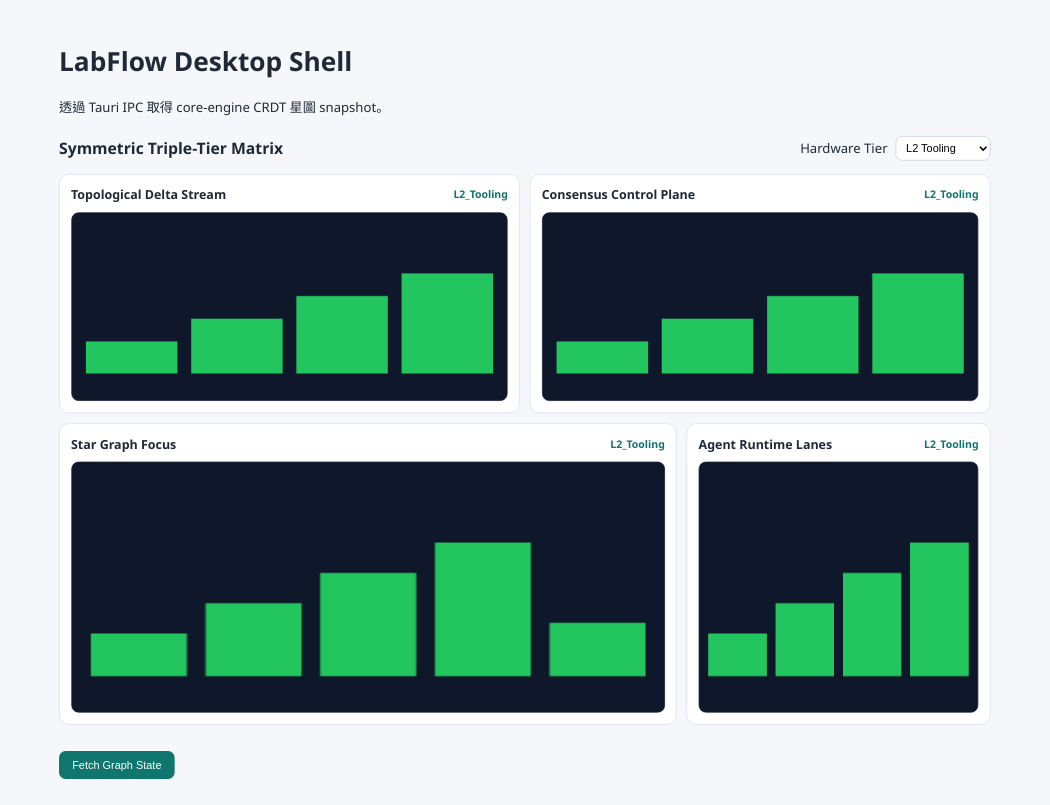
Repository: tico-Lin/LabFlow_Pro
Page: / (app in ui-desktop/)
An editor plug-in stored every save of this project. The page is shown before and after the next save, followed by the edit.
The browser window is 1280 px wide. The pictures show the whole page, at 82% of full size.
The project was rebuilt for these pictures with package versions that can differ from the ones it lists, and the page was loaded fresh each time. Also part of the build but not shown: ui-desktop/vite.config.ts.

Above is the page before, as saved 2026-04-13 21:01:57.

After the next save:
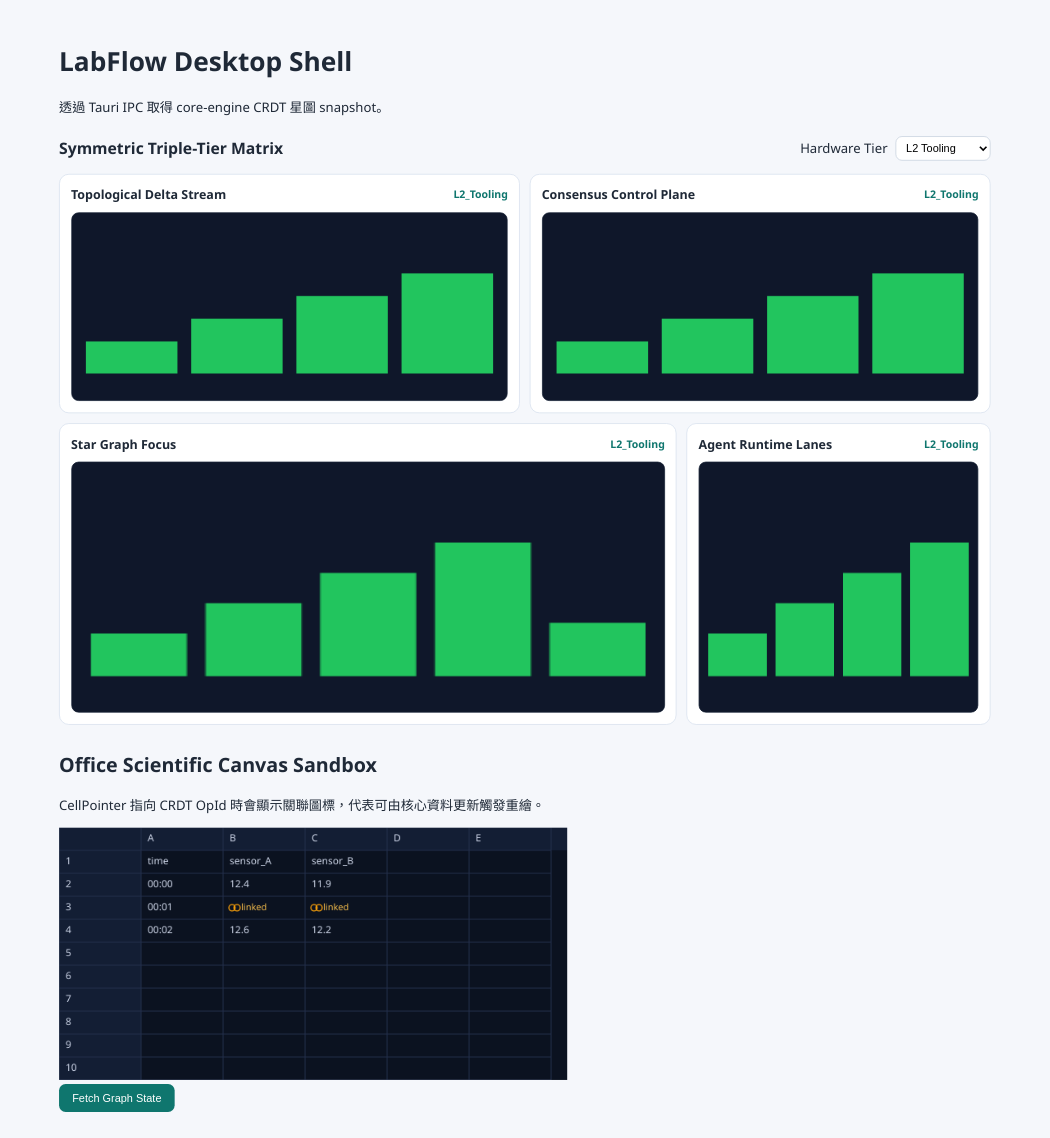
Saved 6 s later.
--- a/ui-desktop/src/App.tsx
+++ b/ui-desktop/src/App.tsx
@@ -1,6 +1,7 @@
 import { useState } from "react";
 import { invoke } from "@tauri-apps/api/core";
 import MatrixDashboard from "./components/MatrixDashboard";
+import SpreadsheetGrid, { useDemoSpreadsheetData } from "./components/OfficeCanvas/SpreadsheetGrid";
 
 type GraphStateSnapshot = {
   nodes: Array<{ id: string; label: string; properties: Record<string, string> }>;
@@ -13,6 +14,7 @@ export default function App() {
   const [snapshot, setSnapshot] = useState<GraphStateSnapshot | null>(null);
   const [loading, setLoading] = useState(false);
   const [error, setError] = useState<string | null>(null);
+  const spreadsheetData = useDemoSpreadsheetData();
 
   const fetchState = async () => {
     setLoading(true);
@@ -32,6 +34,11 @@ export default function App() {
       <h1>LabFlow Desktop Shell</h1>
       <p>透過 Tauri IPC 取得 core-engine CRDT 星圖 snapshot。</p>
       <MatrixDashboard />
+      <section className="office-canvas-shell">
+        <h2>Office Scientific Canvas Sandbox</h2>
+        <p>CellPointer 指向 CRDT OpId 時會顯示關聯圖標，代表可由核心資料更新觸發重繪。</p>
+        <SpreadsheetGrid data={spreadsheetData} />
+      </section>
       <button onClick={fetchState} disabled={loading}>
         {loading ? "讀取中..." : "Fetch Graph State"}
       </button>
